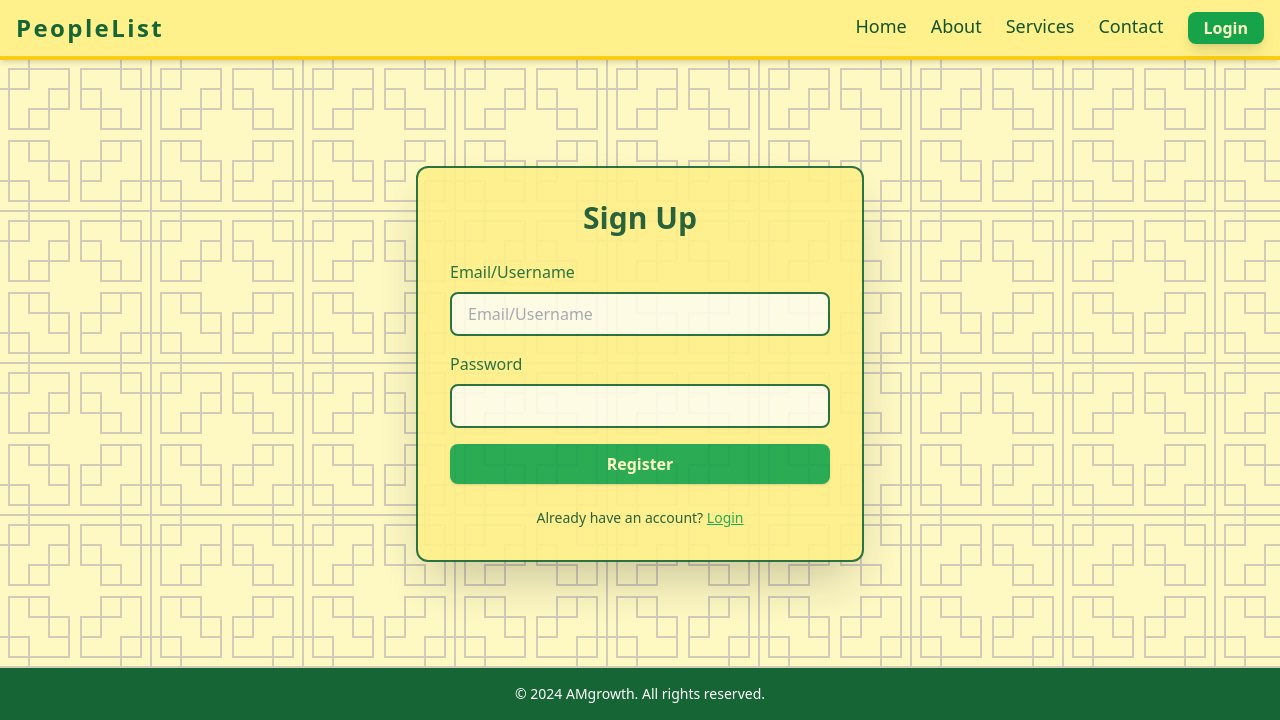
Repository: ArievfRahman-Dev/Mini-Project-II
Page: /regist (app in miniproject2/)
These files come from the project's save history. The page is drawn as it stood at one moment and after the next save; the edit follows.
The browser window is 1280 px wide. The pictures show the whole page.
The project was rebuilt for these pictures with package versions that can differ from the ones it lists, and the page was loaded fresh each time. Also part of the build but not shown: miniproject2/vite.config.js, miniproject2/src/pages/HomePage/index.jsx, miniproject2/src/pages/DetailUser/index.jsx, miniproject2/src/pages/LoginPage/index.jsx, miniproject2/src/routes/ProtectedRoute.jsx.

Above is the page before, as saved 2024-12-24 09:02:32.

After the next save:
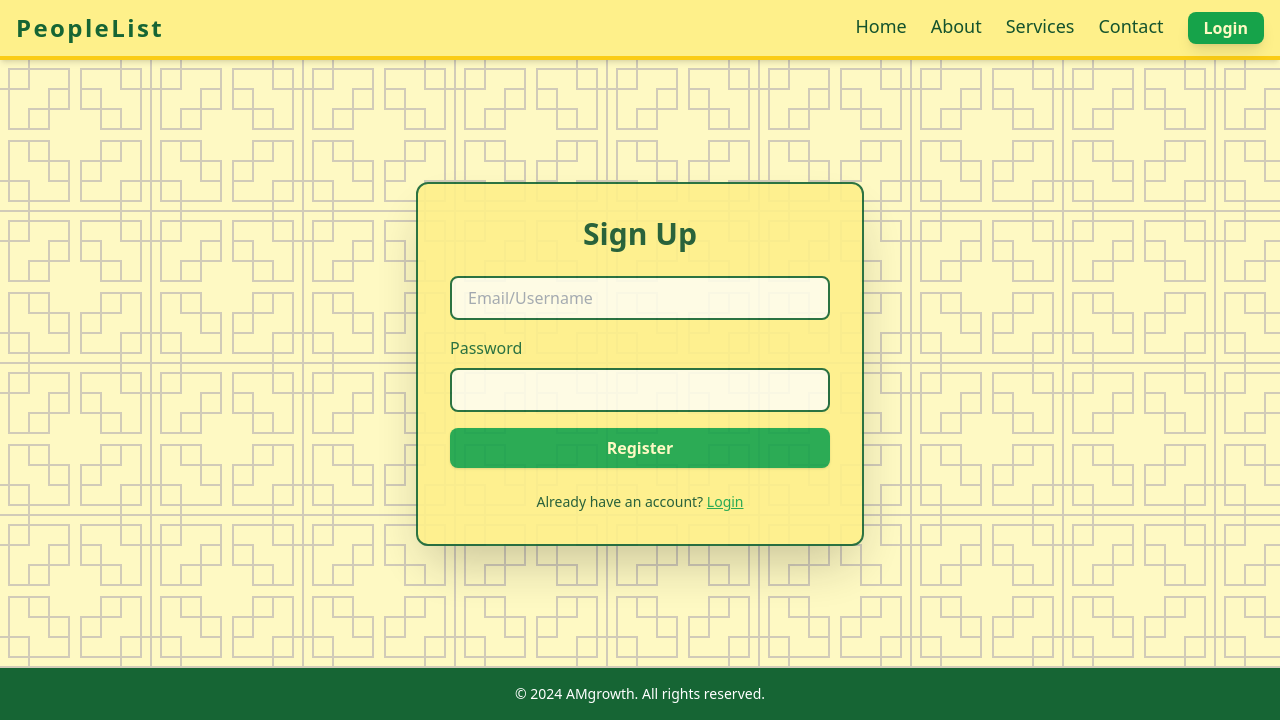
Saved 7 s later.
--- a/miniproject2/src/pages/RegisterPages/index.jsx
+++ b/miniproject2/src/pages/RegisterPages/index.jsx
@@ -52,12 +52,6 @@ export const RegisterPage = () => {
           </h1>
           <form>
             <div className="mb-4">
-              <label
-                htmlFor="email"
-                className="block mb-2 font-medium text-green-800 retro-font"
-              >
-                Email/Username
-              </label>
               <input
                 placeholder="Email/Username"
                 type="email"
